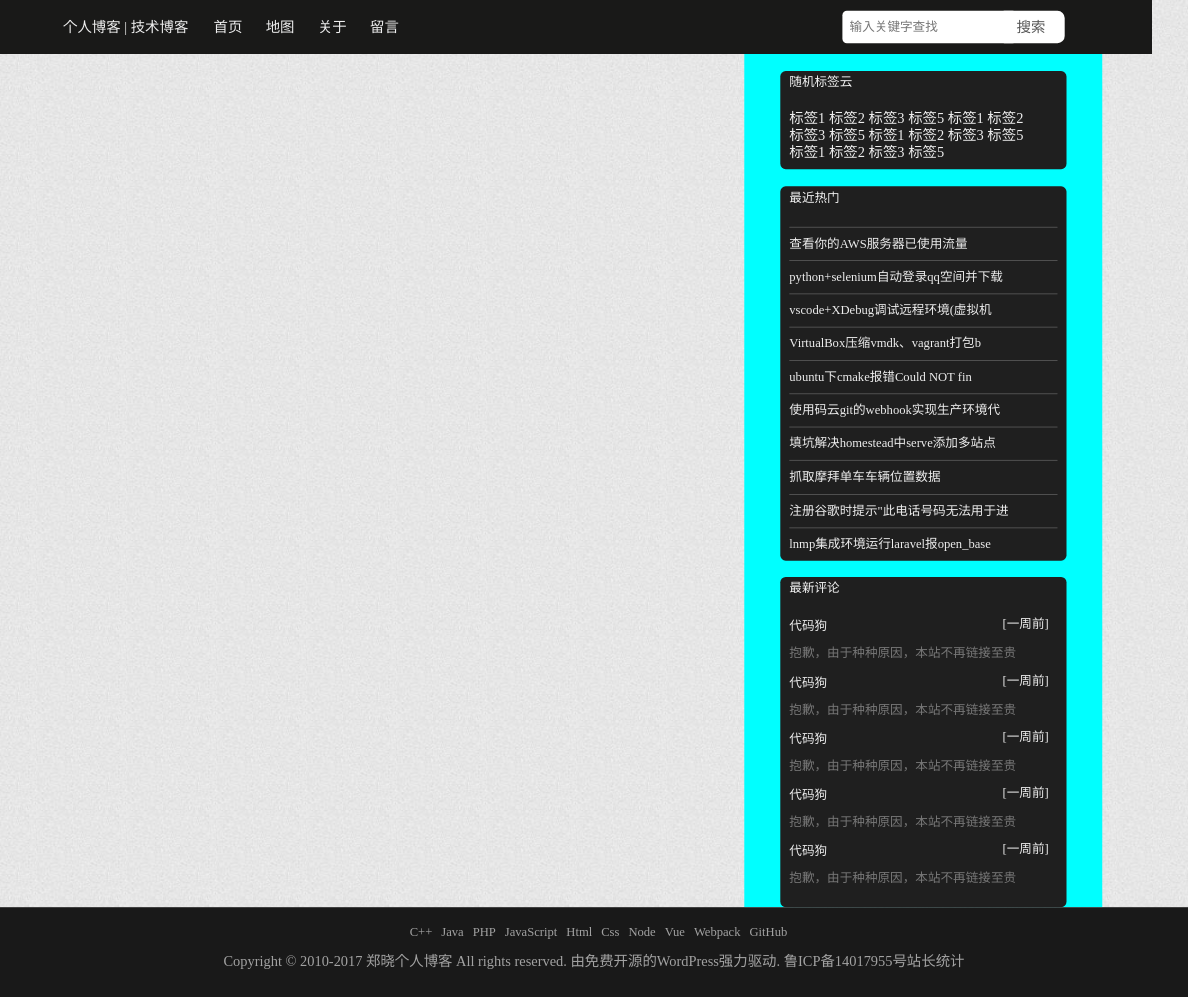
Repository: li1214/my_blog
Page: page/ablut.html
These files come from the project's save history. The page is drawn as it stood at one moment and after the next save; the edit follows.
The browser window is 1280 px wide. The page is 1320 px wide, so the pictures cover 1320 px, including what lies to the right of the window. The pictures show the whole page, at 90% of full size.

Above is the page before, as saved 2019-01-04 14:09:09.

After the next save:
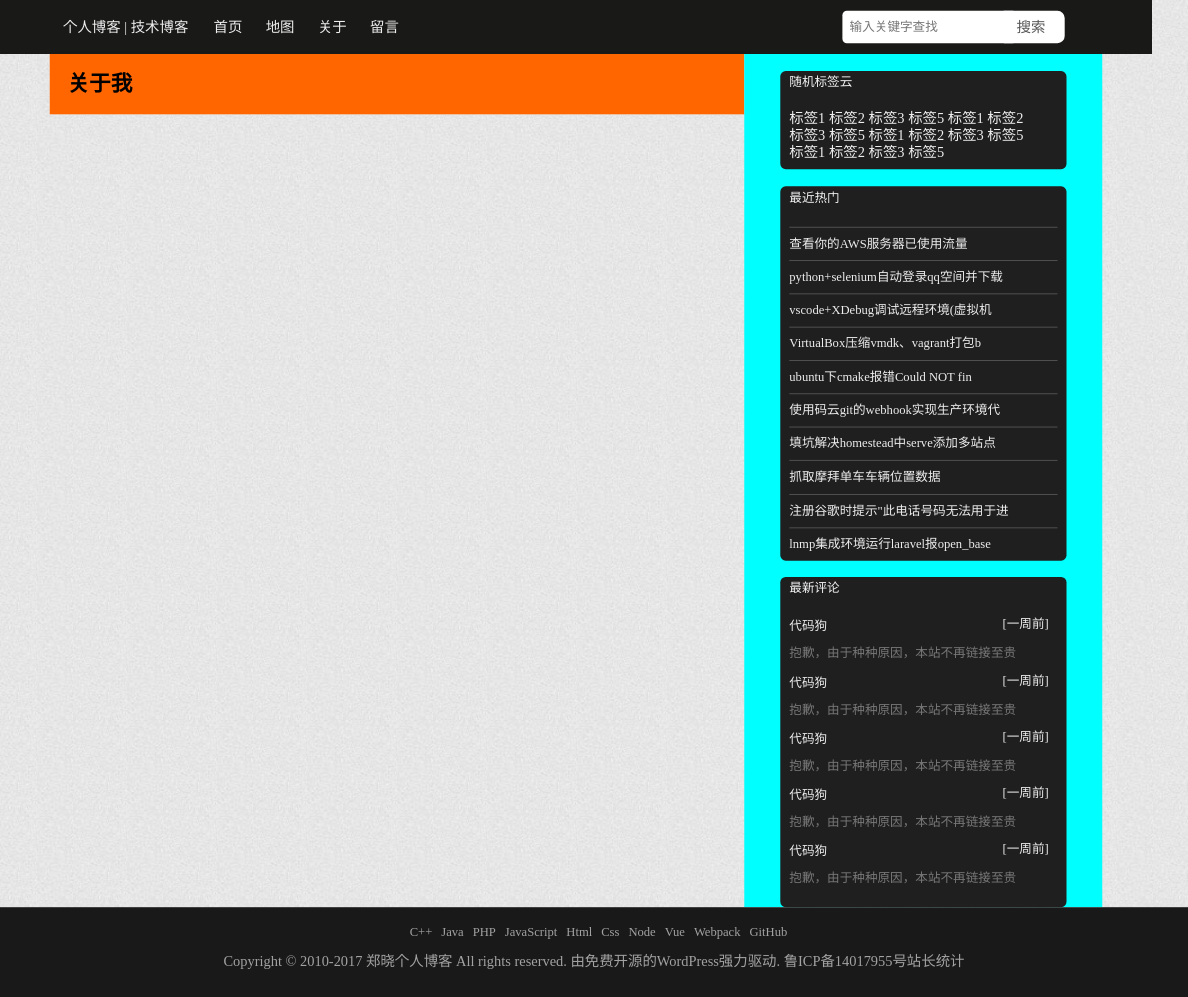
Saved 13 s later.
--- a/page/ablut.html
+++ b/page/ablut.html
@@ -29,7 +29,9 @@
     <div class="content">
         <div class="content-left">
             <div class='about'>
-                <div class='about-me'></div>
+                <div class='about-me'>
+                    <h2>关于我</h2>
+                </div>
                 <div class='about-blog'></div>
             </div>
             <div></div>
